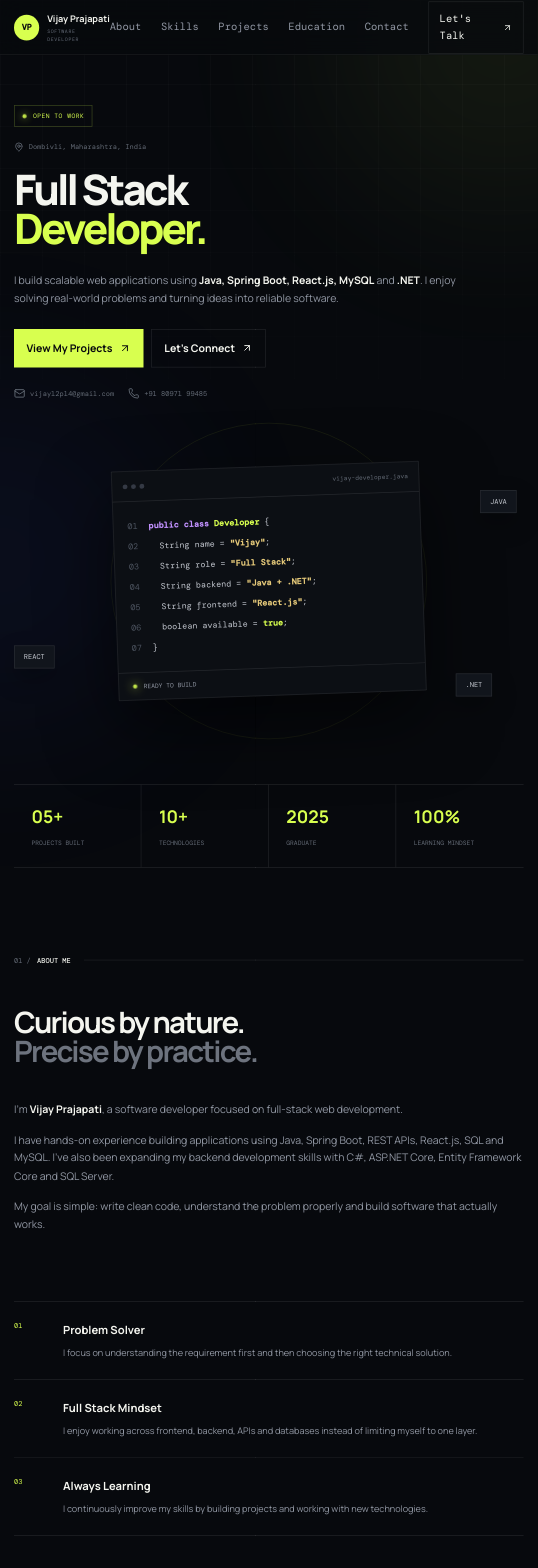
Repository: vijaymp1214/vijay-portfolio
Page: /
The author's editor kept a copy of each file at every save. The page is drawn from the files as they stood at one save, then again after the next save.
The browser window is 768 px wide. The pictures show the part of the page from y = 0 to 2240 px (the page is 8391 px tall before and 8411 px after), at 70% of full size.
The project was rebuilt for these pictures with package versions that can differ from the ones it lists, and the page was loaded fresh each time.

Above is the page before, as saved 2026-08-12 08:02:52.

After the next save:
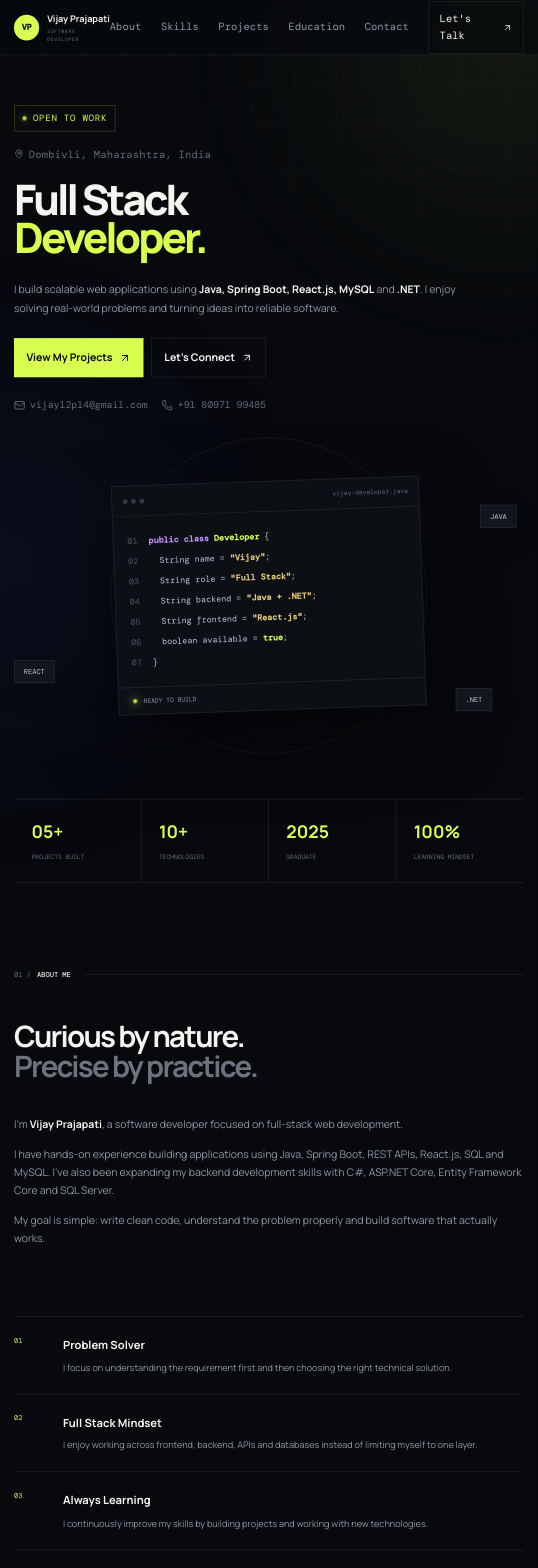
Saved 70 s later.
--- a/src/App.css
+++ b/src/App.css
@@ -1160,3 +1160,51 @@ section p {
     font-size: 30px;
   }
 }
+
+/* Location / small meta text */
+.hero-location,
+.location,
+.hero-meta,
+.meta,
+.location-text {
+  font-size: 16px !important;
+  line-height: 1.6;
+  letter-spacing: 0.3px;
+}
+
+/* If location is inside a span */
+.hero-location span,
+.location span,
+.hero-meta span {
+  font-size: 16px !important;
+}
+
+/* Contact info below hero */
+.hero-contact,
+.hero-contact a {
+  font-size: 15px !important;
+}
+
+/* Small labels like OPEN TO WORK / status */
+.status,
+.availability,
+.badge,
+.eyebrow {
+  font-size: 13px !important;
+}
+
+/* Mobile */
+@media (max-width: 768px) {
+  .hero-location,
+  .location,
+  .hero-meta,
+  .meta,
+  .location-text {
+    font-size: 15px !important;
+  }
+
+  .hero-contact,
+  .hero-contact a {
+    font-size: 14px !important;
+  }
+}
